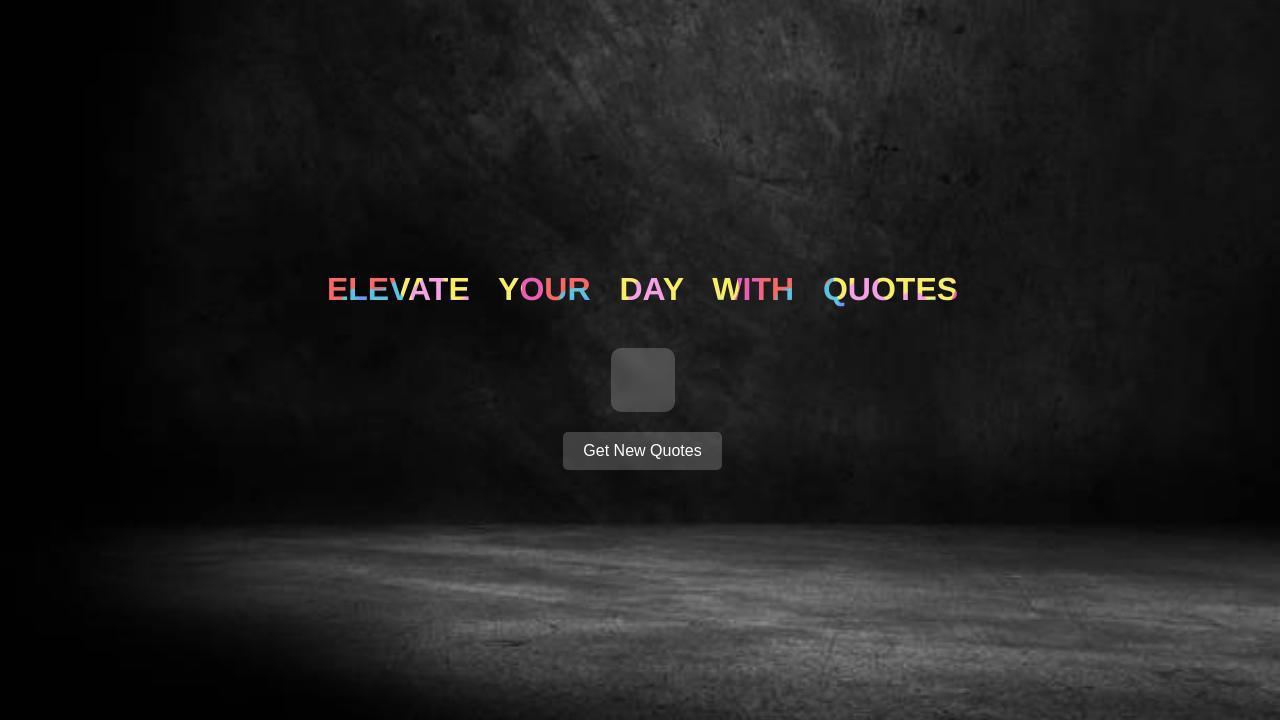
Repository: Bhavik-Sanghar/Quote-app
Page: /
These files come from the project's save history. The page is drawn as it stood at one moment and after the next save; the edit follows.
The browser window is 1280 px wide. The pictures show the whole page.
The page's requests for data from a server got no answer. The project was rebuilt for these pictures with package versions that can differ from the ones it lists, and the page was loaded fresh each time. No one was signed in, and anything a server would have sent is missing. Also part of the build but not shown: src/styles.css.

Above is the page before, as saved 2023-08-18 17:25:01.

### src/App.js
import React from 'react';
import './styles.css';
import QuoteComponent from './components/NewQuote'

function App() {
  return (
    <div className="App">

      <QuoteComponent/>


    </div>
  );
}

export default App;

### src/components/NewQuote.js
import React, { useEffect, useState } from "react";
import axios from "axios";
import './New.css'

const QuoteComponent = () => {
  const [quotes, setQuotes] = useState([]);
  const category = "inspirational";
  const apiKey = "EgtS4gqLsbjvHM2bBjKwBA==PYmsGLFQFXQzq0Na";

  useEffect(() => {
    fetchQuotes();
  }, []);

  const fetchQuotes = async () => {
    try {
      const response = await axios.get(
        `https://api.api-ninjas.com/v1/quotes?category=${category}&limit=1`, // Fetching 5 quotes
        {
          headers: { "X-Api-Key": apiKey },
        }
      );
      setQuotes(response.data);
    } catch (error) {
      console.error("Error: ", error);
    }
  };

  const handleFetchNewQuotes = () => {
    setQuotes([]); // Clear previous quotes immediately
    fetchQuotes();
  };

  return (
    <div className="quote-container">
      <h1>Elevate Your Day with Quotes</h1>
      <div className="card-container">
        {quotes.map((quote, index) => (
          <div key={index} className="card">
            <p className="quote-text">{quote.quote}</p>
            <p className="author">- {quote.author}</p>
          </div>
        ))}
      </div>
      <button className="fetch-button" onClick={handleFetchNewQuotes}>
        Get New Quotes
      </button>
    </div>
  );
};

export default QuoteComponent;

### src/components/New.css
.quote-container {
  padding: auto;
  padding-left: 5px;
  display: flex;
  flex-direction: column;
  justify-content: center;
  align-items: center;
  min-height: 100vh;
  background-image: url(./bg2.jpg);
  background-size: cover;
  background-repeat: no-repeat;
  background-position: center; /* Prevent the background from repeating */ /* Center the background image */
  color: white;
  position: relative; /* Required for positioning pseudo-element */
  overflow: hidden; /* Hide overflowing pseudo-element content */
}

.quote-container h1 {
  z-index: 2;
  margin: 20px;
  background-image: url(./h1.jpg);
  background-repeat: repeat;
  opacity: 0;
  -webkit-background-clip: text;
  -webkit-text-fill-color: transparent;
  text-align: center;
  word-spacing: 20px;
  font-weight: bold;
  text-transform: uppercase;
  font-family: "Steelfish Rg", "helvetica neue";
  font-weight: 800;
  -webkit-font-smoothing: antialiased;
  transition: background-color 0.3s ease-in-out;
  animation: fadeInHeading 2s ease-in-out 2s forwards;
}

.card:hover {
  /* Example animation - scale up on hover */
  transform: scale(1.03);
  transition: transform 0.3s ease-in-out;
}

.author:hover {
  /* Example animation - change text color on hover */
  color: #00e5ff; /* Change to your desired color */
  transition: color 0.3s ease-in-out;
}
.quote-container h1:hover {
  font-size: 4em;
  transition: font-size 2s ease-in-out;
}

.fetch-button {
  opacity: 0;
  animation: fadeInQuotes 3s ease-in-out 1s forwards;
  background-color: hsla(0, 0%, 100%, 0.2);
  border: none;
  color: white;
  cursor: pointer;
  font-size: 16px;
  padding: 10px 20px;
  border-radius: 5px;
  transition: background-color 0.3s ease-in-out;
}

.fetch-button:hover {
  background-color: rgba(255, 255, 255, 0.1);
}

.card-container {
  opacity: 0;
  z-index: 2;
  margin: 20px;
  backdrop-filter: blur(5px);
  background-color: hsla(0, 0%, 100%, 0.2);
  border-radius: 10px;
  padding: 2rem;
  font-size: larger;
  font-family: "Times New Roman", Times, serif;
  opacity: 0; /* Set initial opacity to 0 */
  animation: fadeInQuotes 3s ease-in-out 1s forwards,
    fadeInBackground 3s ease-in-out 1s forwards;
  position: relative; /* Ensure proper z-index behavior */
}

@keyframes fadeInHeading {
  from {
    opacity: 0;
    transform: translateY(-20px);
  }
  to {
    opacity: 1;
    transform: translateY(0);
  }
}

@keyframes fadeInQuotes {
  from {
    opacity: 0;
    transform: translateY(20px);
  }
  to {
    opacity: 1;
    transform: translateY(0);
  }
}

@keyframes fadeInBackground {
  from {
    opacity: 0;
  }
  to {
    opacity: 1;
  }
}

Loaded but not shown: public/index.html (common file); src/index.js (common file); src/index.css (common file); src/reportWebVitals.js (common file)

After the next save:
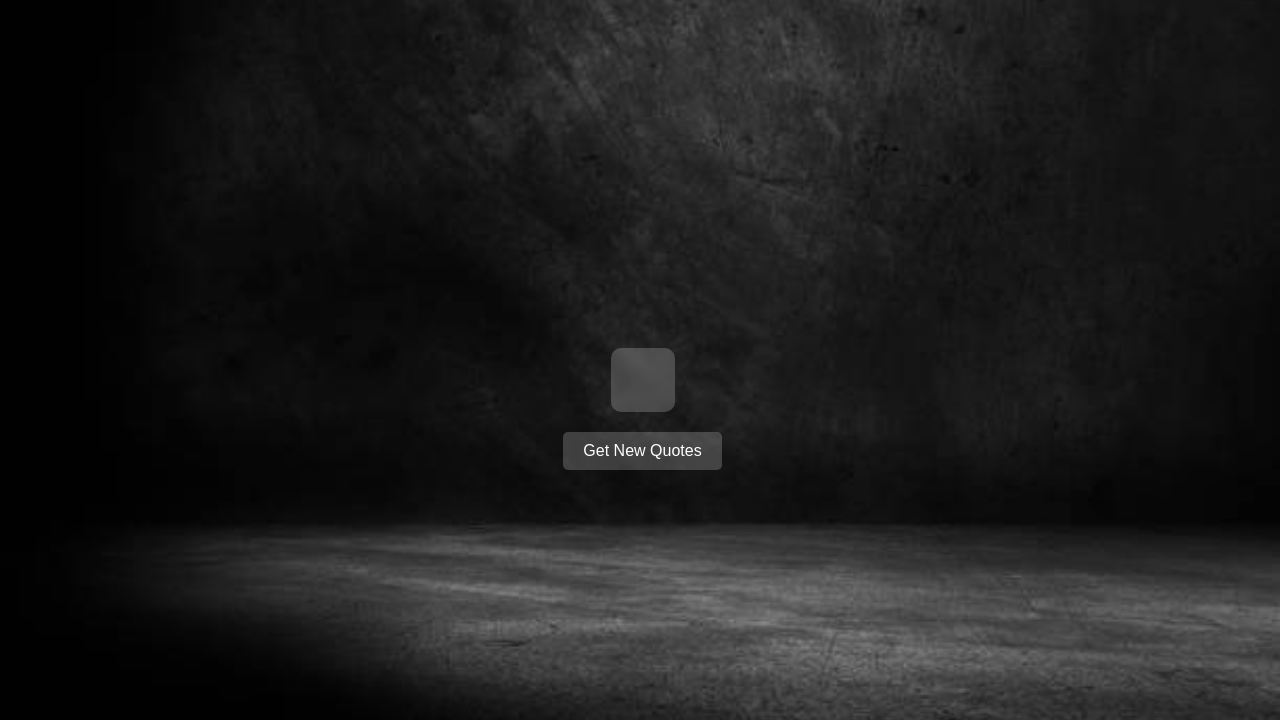
Saved 29 s later.
--- a/src/components/New.css
+++ b/src/components/New.css
@@ -31,7 +31,8 @@
   font-weight: 800;
   -webkit-font-smoothing: antialiased;
   transition: background-color 0.3s ease-in-out;
-  animation: fadeInHeading 2s ease-in-out 2s forwards;
+  transition: font-size 2s ease-in-out;
+  animation: fadeInHeading 2s ease-in-out 0.s forwards;
 }
 
 .card:hover {

After the 3 saves that followed:
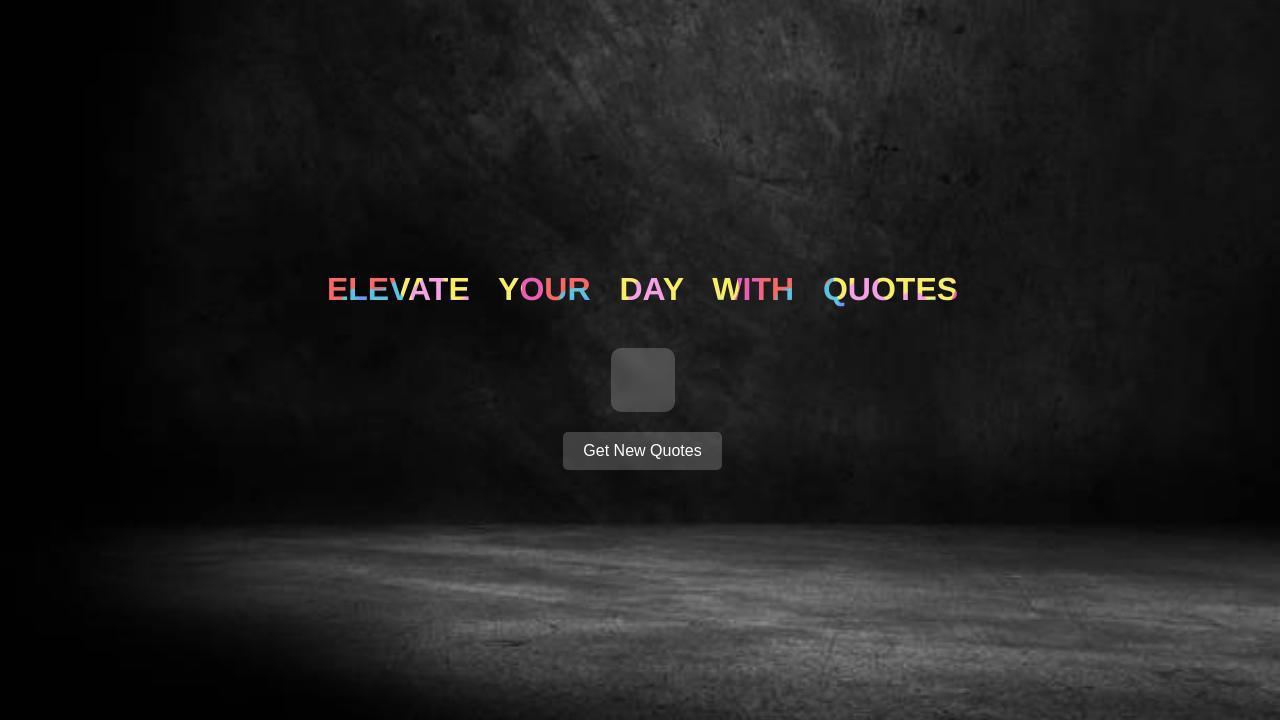
The 3 saves are shown as one change because 2 left the picture as it was.
The last was saved 53 s later.
--- a/src/components/New.css
+++ b/src/components/New.css
@@ -31,8 +31,7 @@
   font-weight: 800;
   -webkit-font-smoothing: antialiased;
   transition: background-color 0.3s ease-in-out;
-  transition: font-size 2s ease-in-out;
-  animation: fadeInHeading 2s ease-in-out 0.s forwards;
+  animation: fadeInHeading 2s ease-in-out 0.5s forwards;
 }
 
 .card:hover {
